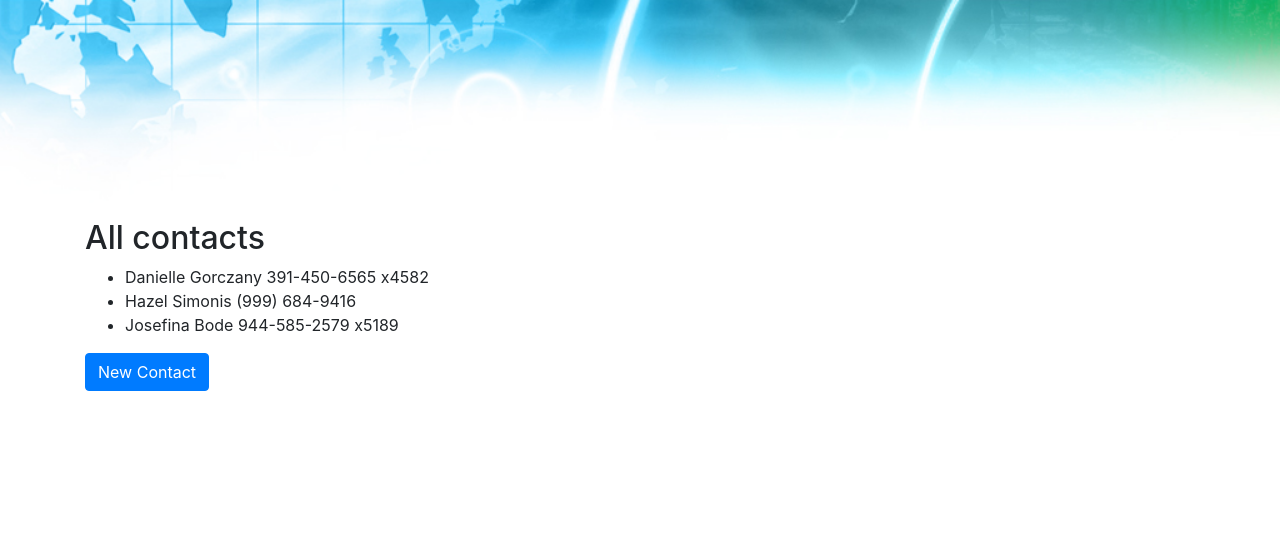
Repository: fishercom/react-phonebook
Page: /
These files come from the project's save history. The page is drawn as it stood at one moment and after the next save; the edit follows.
The browser window is 1280 px wide. The pictures show the whole page.
The project was rebuilt for these pictures with package versions that can differ from the ones it lists, and the page was loaded fresh each time. Also part of the build but not shown: src/App.css, src/components/Form.js.

Above is the page before, as saved 2021-01-31 00:20:31.

### src/App.js
import React from 'react';

import './App.css';
import header from './assets/images/header.png';

import List from './components/List';
import Form from './components/Form';
import uuid from 'react-uuid'


class App extends React.Component {

  constructor(props) {
    super(props);
    const faker = require('faker');

    this.state = {
      contacts: [
        { id: uuid(), firstName: faker.name.firstName(), lastName: faker.name.lastName(), phoneNumber: faker.phone.phoneNumber() },
        { id: uuid(), firstName: faker.name.firstName(), lastName: faker.name.lastName(), phoneNumber: faker.phone.phoneNumber() },
        { id: uuid(), firstName: faker.name.firstName(), lastName: faker.name.lastName(), phoneNumber: faker.phone.phoneNumber() }
      ],
      action: null,
      contact: null
    };
  }

  changeView = (action) => {
    let state = { ...this.state };
    state.action = action;

    console.log(state.contacts);
    super.setState(state);
  }

  render() {
    let view = null;
    switch (this.state.action) {
      case 'Form':
        view = <Form state={this.state} switch={this.changeView} />
        break;
      default:
        view = <List state={this.state} switch={this.changeView} />
    }

    return (
      <div>
        <header>
          <img src={header} alt="header" style={{width: '100%'}} />
        </header>
        <div className="container mt-3">
        {view}
        </div>
      </div>)
  }

}

export default App;

### src/components/List.js
import React from 'react';

class List extends React.Component {

    state = this.props.state;

    render() {
        return (
            <section>
                <h2>All contacts</h2>
                <ul className="contactList">
                    {this.state.contacts.map((contact) => <li key={contact.id}>{contact.firstName} {contact.lastName} {contact.phoneNumber}</li>)}
                </ul>
                <button className="btn btn-primary" onClick={() => this.props.switch('Form')}>New Contact</button>
            </section>
        );
    }

}

export default List

Loaded but not shown: public/index.html (common file); src/index.js (common file); src/index.css (common file); src/reportWebVitals.js (common file)

After the next save:
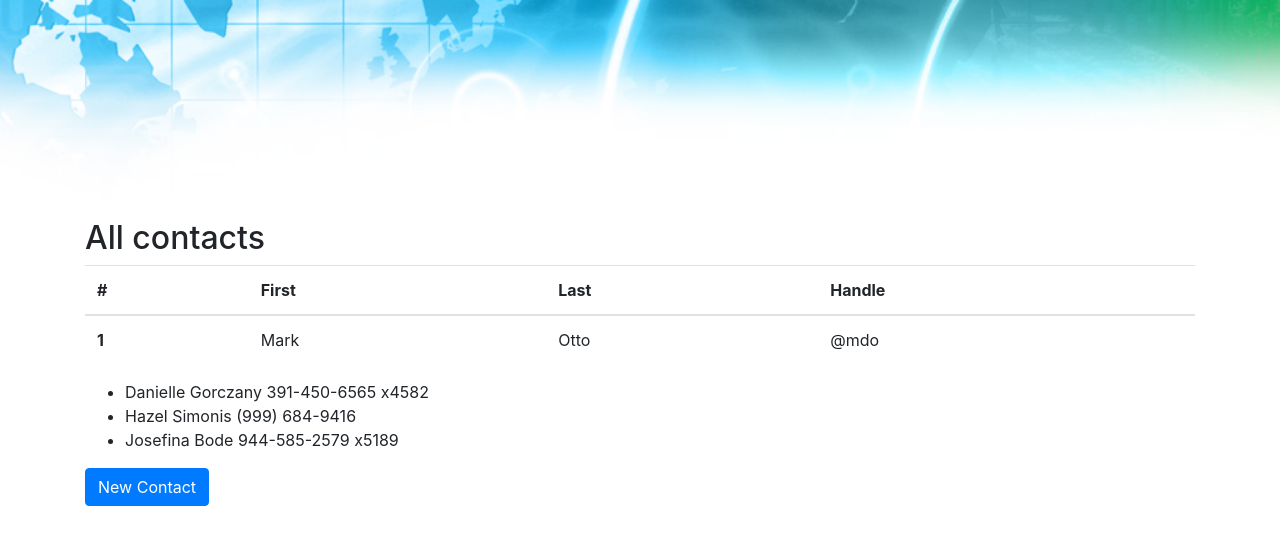
Saved 59 s later.
--- a/src/components/List.js
+++ b/src/components/List.js
@@ -8,6 +8,26 @@ class List extends React.Component {
         return (
             <section>
                 <h2>All contacts</h2>
+
+                <table class="table">
+  <thead>
+    <tr>
+      <th scope="col">#</th>
+      <th scope="col">First</th>
+      <th scope="col">Last</th>
+      <th scope="col">Handle</th>
+    </tr>
+  </thead>
+  <tbody>
+    <tr>
+      <th scope="row">1</th>
+      <td>Mark</td>
+      <td>Otto</td>
+      <td>@mdo</td>
+    </tr>
+    </tbody>
+    </table>
+
                 <ul className="contactList">
                     {this.state.contacts.map((contact) => <li key={contact.id}>{contact.firstName} {contact.lastName} {contact.phoneNumber}</li>)}
                 </ul>
